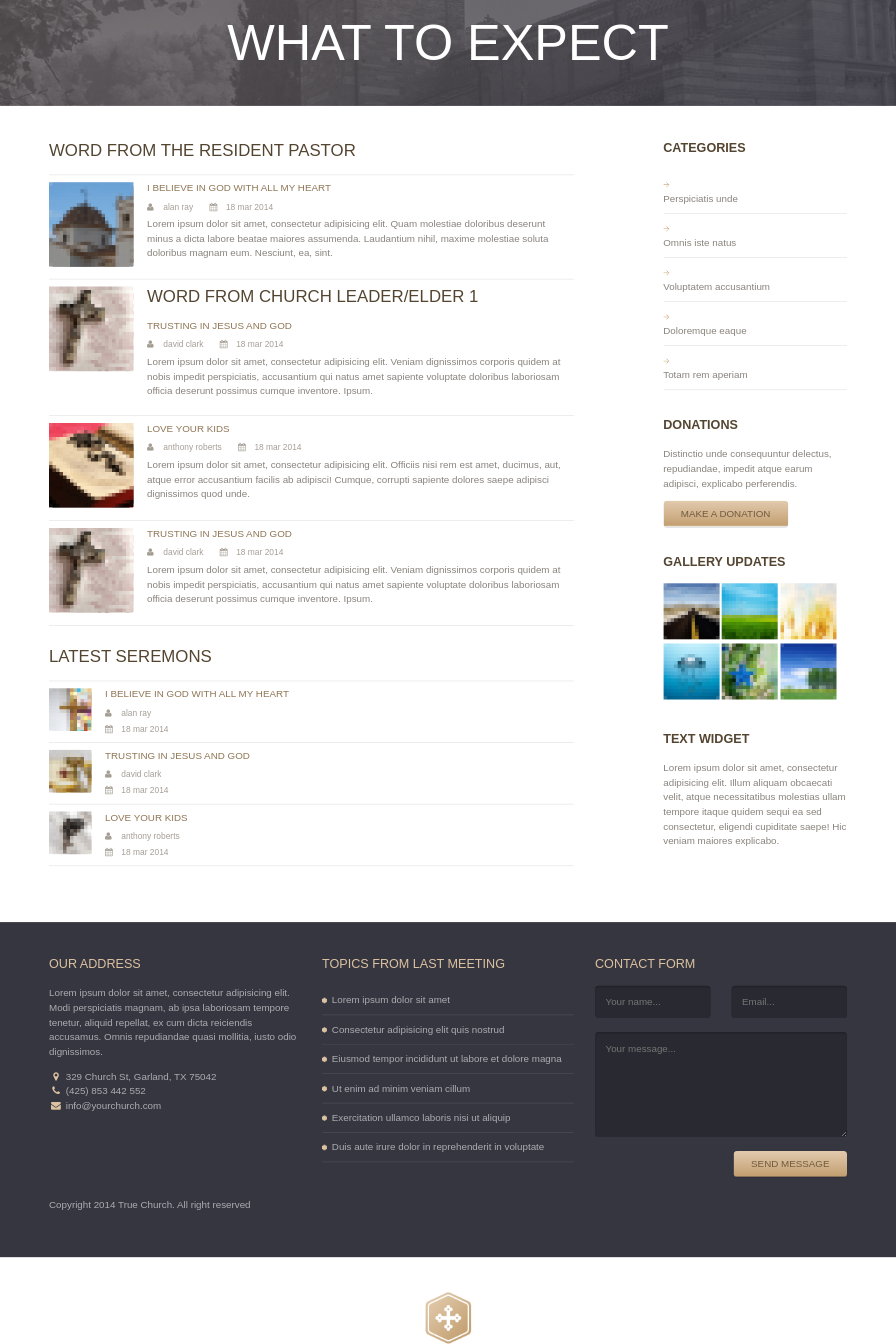
Repository: profbkmurage/churchWebsite
Page: testimonials.html
These files come from the project's save history. The page is drawn as it stood at one moment and after the next save; the edit follows.
The browser window is 1280 px wide. The pictures show the part of the page from y = 305 to 2225 px (the page is 4189 px tall before and 4681 px after), at 70% of full size.

Above is the page before, as saved 2024-07-10 21:09:02.

After the next save:
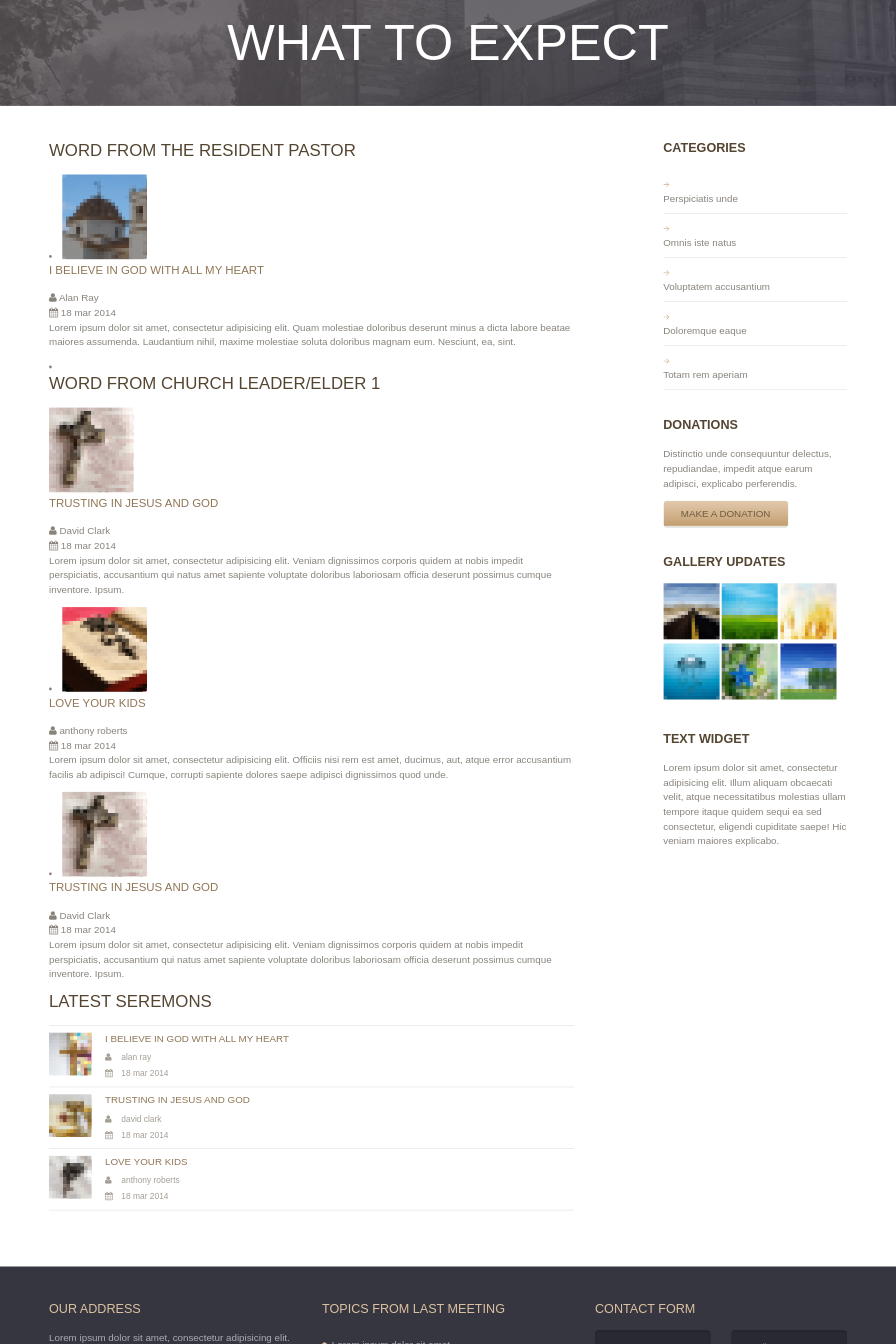
Saved 34 s later.
--- a/testimonials.html
+++ b/testimonials.html
@@ -58,7 +58,7 @@
 						<div class="row">
 							<div class="content col-md-8">
 								<h2 class="section-title">Word from the Resident Pastor</h2>
-								<ul class="seremon-list large">
+								<!-- <ul class="seremon-list large"> -->
 									<li>
 										<img src="images/thumb-1-120.png" alt="">
 										<div class="seremon-detail">

After the save that followed:
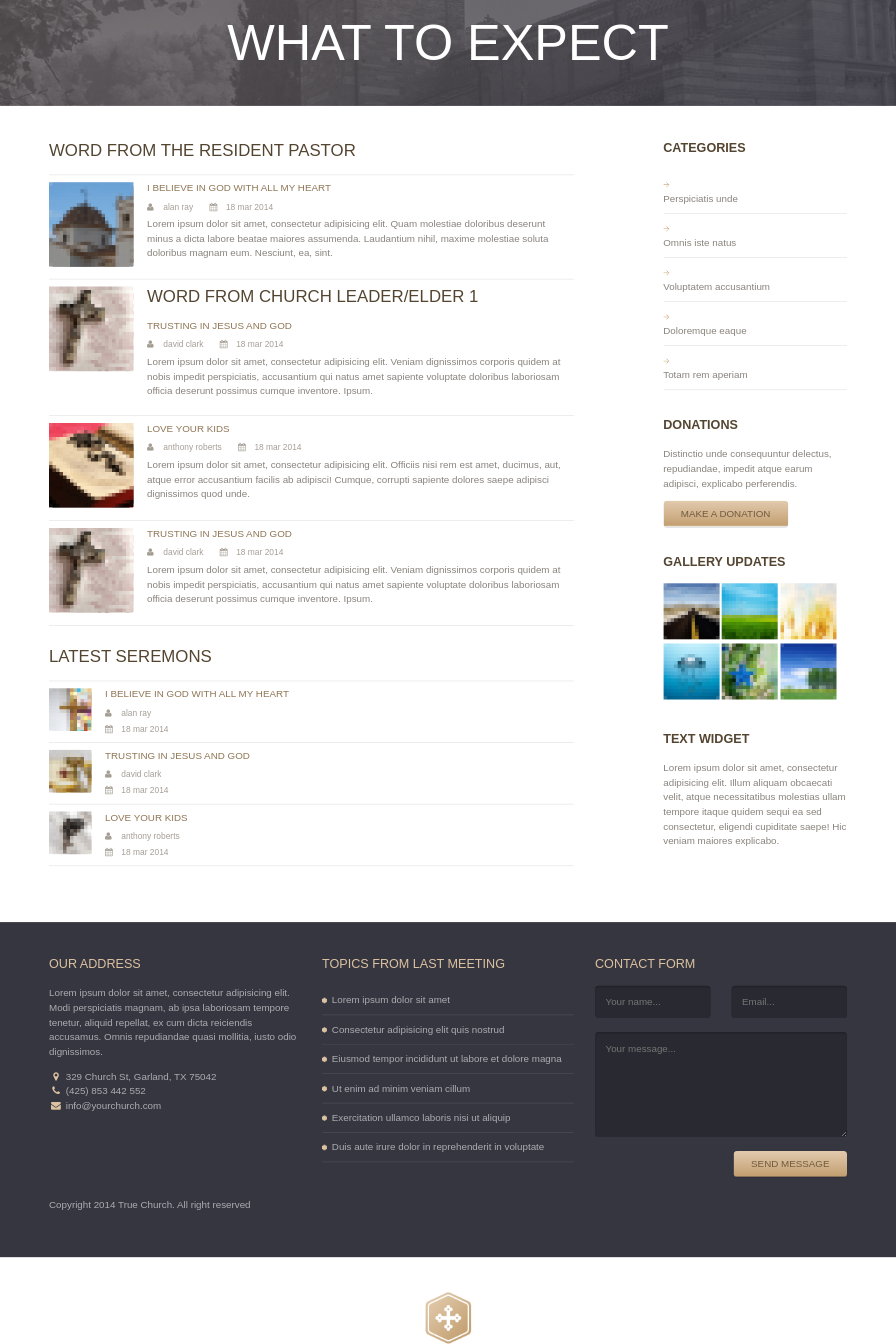
Saved 50 s later.
--- a/testimonials.html
+++ b/testimonials.html
@@ -58,7 +58,7 @@
 						<div class="row">
 							<div class="content col-md-8">
 								<h2 class="section-title">Word from the Resident Pastor</h2>
-								<!-- <ul class="seremon-list large"> -->
+								<ul class="seremon-list large">
 									<li>
 										<img src="images/thumb-1-120.png" alt="">
 										<div class="seremon-detail">
